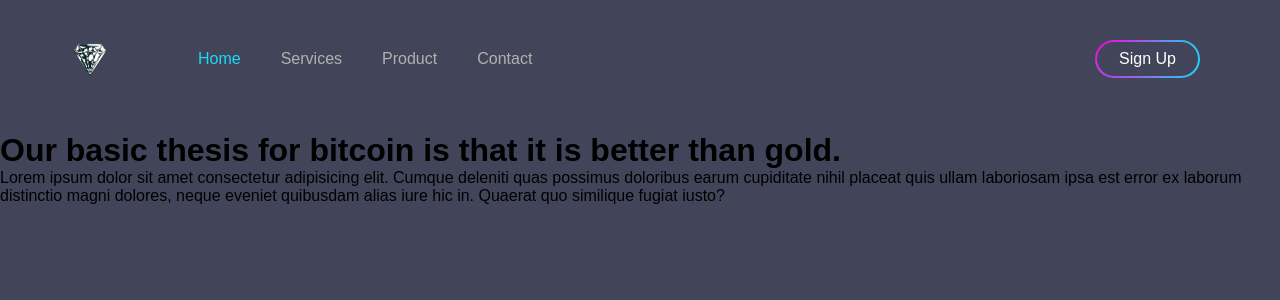
Repository: Aakarshit-Sharma19/Basic-HTML-and-CSS-Page-
Page: index.html
The author's editor kept a copy of each file at every save. The page is drawn from the files as they stood at one save, then again after the next save.
The browser window is 1280 px wide. The pictures show the whole page.

Above is the page before, as saved 2020-11-10 15:21:27.

After the next save:
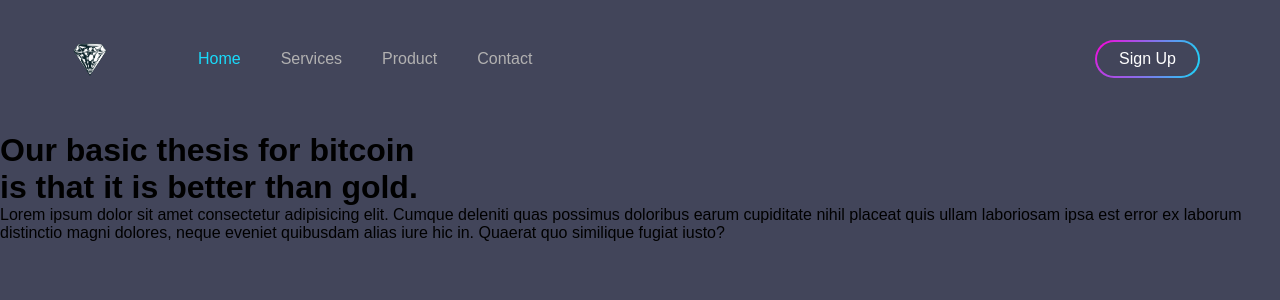
Saved 22 s later.
--- a/index.html
+++ b/index.html
@@ -20,7 +20,7 @@
         </div>
         <div class="banner">
             <div class="app-text">
-                <h1>Our basic thesis for bitcoin is that it is better than gold.</h1>
+                <h1>Our basic thesis for bitcoin <br> is that it is better than gold.</h1>
                 <p>Lorem ipsum dolor sit amet consectetur adipisicing elit. Cumque deleniti quas possimus doloribus
                     earum cupiditate nihil placeat quis ullam laboriosam ipsa est error ex laborum distinctio magni
                     dolores, neque eveniet quibusdam alias iure hic in. Quaerat quo similique fugiat iusto?</p>
